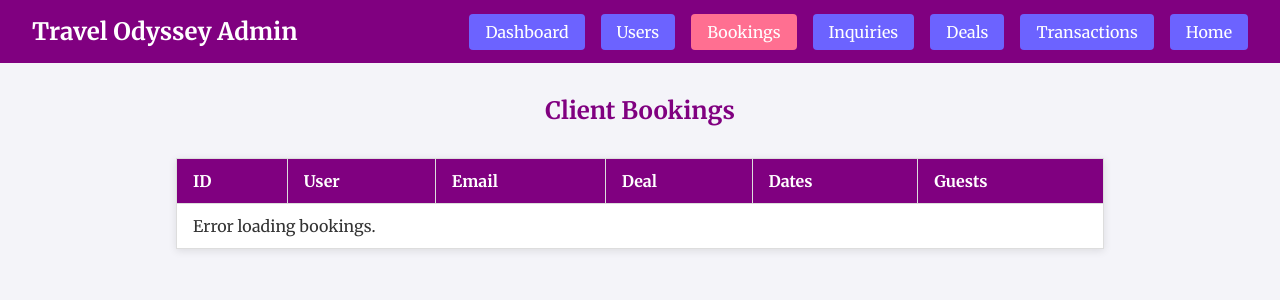
Repository: GHzPhoenix/Project-Odyssey
Page: Frontend/admin-bookings.html
The author's editor kept a copy of each file at every save. The page is drawn from the files as they stood at one save, then again after the next save.
The browser window is 1280 px wide. The pictures show the whole page.
The page's requests for data from a server got no answer.

Above is the page before, as saved 2025-07-20 13:32:29.

### Frontend/admin-bookings.html
<!DOCTYPE html>
<html lang="en">
  <head>
    <meta charset="UTF-8" />
    <meta name="viewport" content="width=device-width,initial-scale=1.0" />
    <title>Admin Dashboard – Travel Odyssey</title>
    <link rel="stylesheet" href="/Frontend/css/admin.css" />
    <style>
      .kpi-container {
        display: none;
      }
      table {
        margin: 2rem auto;
        max-width: 960px;
      }
    </style>
  </head>
  <body>
    <header>
      <nav>
        <div class="logo">Travel Odyssey Admin</div>
        <ul>
          <li><a href="admin.html">Dashboard</a></li>
          <li><a href="admin-users.html">Users</a></li>
          <li><a href="admin-bookings.html" class="active">Bookings</a></li>
          <li><a href="inquiries.html">Inquiries</a></li>
          <li><a href="add-deal.html">Deals</a></li>
          <li><a href="transactions.html">Transactions</a></li>
          <li><a href="index.html">Home</a></li>
        </ul>
      </nav>
    </header>

    <main>
      <h2 class="section">Client Bookings</h2>
      <table id="booking-table">
        <thead>
          <tr>
            <th>ID</th>
            <th>User</th>
            <th>Email</th>
            <th>Deal</th>
            <th>Dates</th>
            <th>Guests</th>
          </tr>
        </thead>
        <tbody>
          <tr>
            <td colspan="6">Loading…</td>
          </tr>
        </tbody>
      </table>
    </main>

    <script>
      const token = localStorage.getItem("token") || "";

      async function fetchJSON(path, opts = {}) {
        opts.headers = {
          ...(opts.headers || {}),
          "Content-Type": "application/json",
          Authorization: "Bearer " + token,
        };
        const res = await fetch("http://127.0.0.1:5002" + path, opts);
        if (!res.ok) throw await res.json();
        return res.json();
      }

      async function loadBookings() {
        const tbody = document.querySelector("#booking-table tbody");
        try {
          const bookings = await fetchJSON("/api/bookings/all");
          if (!bookings.length) {
            tbody.innerHTML = "<tr><td colspan='6'>No bookings.</td></tr>";
            return;
          }
          tbody.innerHTML = bookings
            .map((b) => {
              const dates =
                new Date(b.start_date).toLocaleDateString() +
                " – " +
                new Date(b.end_date).toLocaleDateString();
              return `<tr>
            <td>${b.id}</td>
            <td>${b.user_name}</td>
            <td>${b.user_email}</td>
            <td>${b.deal_name}</td>
            <td>${dates}</td>
            <td>${b.guests}</td>
          </tr>`;
            })
            .join("");
        } catch (err) {
          console.error(err);
          tbody.innerHTML =
            "<tr><td colspan='6'>Error loading bookings.</td></tr>";
        }
      }

      document.addEventListener("DOMContentLoaded", loadBookings);
    </script>
  </body>
</html>

### Frontend/css/admin.css
@import url("https://fonts.googleapis.com/css2?family=Merriweather:wght@300;400;700&display=swap");

* {
  box-sizing: border-box;
  margin: 0;
  padding: 0;
}

body {
  font-family: "Merriweather", serif;
  background: #f4f4f9;
  color: #333;
}
.action {
  background: #6c63ff;
  color: white;
  border: none;
  padding: 0.4rem 0.8rem;
  border-radius: 4px;
  cursor: pointer;
  font-size: 0.9rem;
  transition: background 0.2s ease;
}
.action:hover {
  background: #5950d4;
}
.modal-overlay {
  display: none;
  position: fixed;
  inset: 0;
  background: rgba(0, 0, 0, 0.6);
  align-items: center;
  justify-content: center;
  z-index: 1000;
}
.modal-overlay.active {
  display: flex;
}
.modal {
  background: #fff;
  padding: 2rem;
  border-radius: 8px;
  width: 90%;
  max-width: 400px;
  box-shadow: 0 2rem 4rem rgba(0, 0, 0, 0.2);
}
.modal h2 {
  margin-bottom: 1rem;
  color: purple;
}
.modal .input-group {
  margin-bottom: 1rem;
}
.modal label {
  display: block;
  margin-bottom: 0.4rem;
  font-weight: 600;
}
.modal input[type="text"],
.modal input[type="date"] {
  width: 100%;
  padding: 0.5rem;
  border: 1px solid #ccc;
  border-radius: 4px;
}

.modal-actions {
  text-align: right;
  margin-top: 1rem;
}
.modal-actions button {
  background: #6c63ff;
  color: #fff;
  border: none;
  padding: 0.5rem 1rem;
  border-radius: 4px;
  cursor: pointer;
  margin-left: 0.5rem;
  transition: background 0.2s;
}
.modal-actions button#modal-cancel {
  background: #ccc;
  color: #333;
}
.modal-actions button:hover {
  background: #5950d4;
}

header nav {
  background: purple;
  padding: 1rem 2rem;
  display: flex;
  align-items: center;
  justify-content: space-between;
}

header nav .logo {
  color: white;
  font-size: 1.5rem;
  font-weight: bold;
}

header nav ul {
  list-style: none;
  display: flex;
  gap: 1rem;
}

header nav a {
  color: white;
  text-decoration: none;
  padding: 0.5rem 1rem;
  background: #6c63ff;
  border-radius: 4px;
  transition: background 0.2s;
}

header nav a.active,
header nav a:hover {
  background: #ff6f91;
}

main {
  max-width: 960px;
  margin: 2rem auto;
  padding: 0 1rem;
}

h1,
h2 {
  color: purple;
  margin-bottom: 1rem;
  text-align: center;
}

form {
  background: white;
  padding: 2rem;
  border-radius: 8px;
  box-shadow: 0 4px 12px rgba(0, 0, 0, 0.1);
}

form .input-group {
  margin-bottom: 1.25rem;
}

form label {
  display: block;
  margin-bottom: 0.4rem;
  font-weight: 600;
}

form input[type="text"],
form input[type="date"],
form input[type="number"],
form textarea {
  width: 100%;
  padding: 0.6rem;
  border: 1px solid #ccc;
  border-radius: 4px;
  font-size: 1rem;
}

form textarea {
  resize: vertical;
  min-height: 80px;
}

.file-input-label {
  display: inline-block;
  padding: 0.5rem 1rem;
  background: #007bff;
  color: white;
  border-radius: 4px;
  cursor: pointer;
  font-size: 0.9rem;
}

#file-chosen {
  margin-left: 0.5rem;
  font-size: 0.9rem;
  vertical-align: middle;
  color: #555;
}

input[type="file"] {
  display: none;
}

button[type="submit"] {
  background: #0b6623;
  color: white;
  padding: 0.7rem 1.4rem;
  border: none;
  border-radius: 4px;
  font-size: 1rem;
  cursor: pointer;
}

button[type="submit"]:hover {
  background: #095a1a;
}

#deal-message,
#inquiry-message {
  margin-top: 0.75rem;
  font-size: 0.9rem;
}

#deal-message.error,
#inquiry-message.error {
  color: #b00020;
}

#deal-message.success,
#inquiry-message.success {
  color: #0b6623;
}

table {
  width: 100%;
  border-collapse: collapse;
  background: white;
  margin-top: 1rem;
  box-shadow: 0 2px 8px rgba(0, 0, 0, 0.1);
}

th,
td {
  padding: 0.75rem 1rem;
  border: 1px solid #ddd;
  text-align: left;
}

th {
  background: purple;
  color: white;
  font-weight: 600;
}

tr:nth-child(even) td {
  background: #f9f9ff;
}

.inquiry-actions button {
  background: #6c63ff;
  color: white;
  border: none;
  padding: 0.4rem 0.8rem;
  border-radius: 4px;
  cursor: pointer;
  font-size: 0.9rem;
  margin-right: 0.5rem;
}

.inquiry-actions button:hover {
  background: #5950d4;
}

.deal-card {
  background: white;
  border-radius: 8px;
  box-shadow: 0 2px 8px rgba(0, 0, 0, 0.1);
  overflow: hidden;
  margin: 1rem 0;
  display: flex;
}

.deal-card img {
  width: 120px;
  object-fit: cover;
}

.deal-card-body {
  padding: 1rem;
  flex: 1;
}

.deal-card-body h3 {
  margin-bottom: 0.5rem;
}

.deal-card-body p {
  margin-bottom: 0.5rem;
}

.deal-card-body .card-button {
  background: #6c63ff;
  color: white;
  padding: 0.4rem 0.8rem;
  border-radius: 4px;
  text-decoration: none;
}

.deal-card-body .card-button:hover {
  background: #5950d4;
}

.button-link {
  display: inline-block;
  margin-top: 1.5rem;
  color: #6c63ff;
  text-decoration: underline;
}

.file-input-btn {
  display: inline-block;
  background: #6c63ff;
  color: #fff;
  padding: 0.5rem 1rem;
  border-radius: 4px;
  cursor: pointer;
  font-size: 0.9rem;
  transition: background 0.2s;
}
.file-input-btn:hover {
  background: #5950d4;
}

#modal-file-chosen {
  margin-left: 0.75rem;
  font-size: 0.9rem;
  color: #555;
  vertical-align: middle;
}

.file-input-group {
  margin-bottom: 1rem;
}

After the next save:
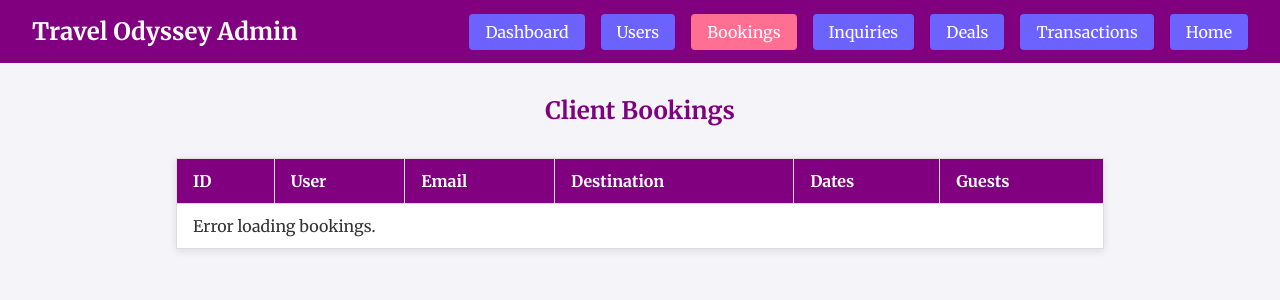
Saved 69 s later.
--- a/Frontend/admin-bookings.html
+++ b/Frontend/admin-bookings.html
@@ -39,7 +39,7 @@
             <th>ID</th>
             <th>User</th>
             <th>Email</th>
-            <th>Deal</th>
+            <th>Destination</th>
             <th>Dates</th>
             <th>Guests</th>
           </tr>
@@ -70,7 +70,7 @@
         const tbody = document.querySelector("#booking-table tbody");
         try {
           const bookings = await fetchJSON("/api/bookings/all");
-          if (!bookings.length) {
+          if (bookings.length === 0) {
             tbody.innerHTML = "<tr><td colspan='6'>No bookings.</td></tr>";
             return;
           }
@@ -80,18 +80,19 @@
                 new Date(b.start_date).toLocaleDateString() +
                 " – " +
                 new Date(b.end_date).toLocaleDateString();
-              return `<tr>
-            <td>${b.id}</td>
-            <td>${b.user_name}</td>
-            <td>${b.user_email}</td>
-            <td>${b.deal_name}</td>
-            <td>${dates}</td>
-            <td>${b.guests}</td>
-          </tr>`;
+              return `
+                <tr>
+                  <td>${b.id}</td>
+                  <td>${b.name}</td>
+                  <td>${b.email}</td>
+                  <td>${b.destination}</td>
+                  <td>${dates}</td>
+                  <td>${b.guests}</td>
+                </tr>`;
             })
             .join("");
         } catch (err) {
-          console.error(err);
+          console.error("Error loading bookings:", err);
           tbody.innerHTML =
             "<tr><td colspan='6'>Error loading bookings.</td></tr>";
         }
